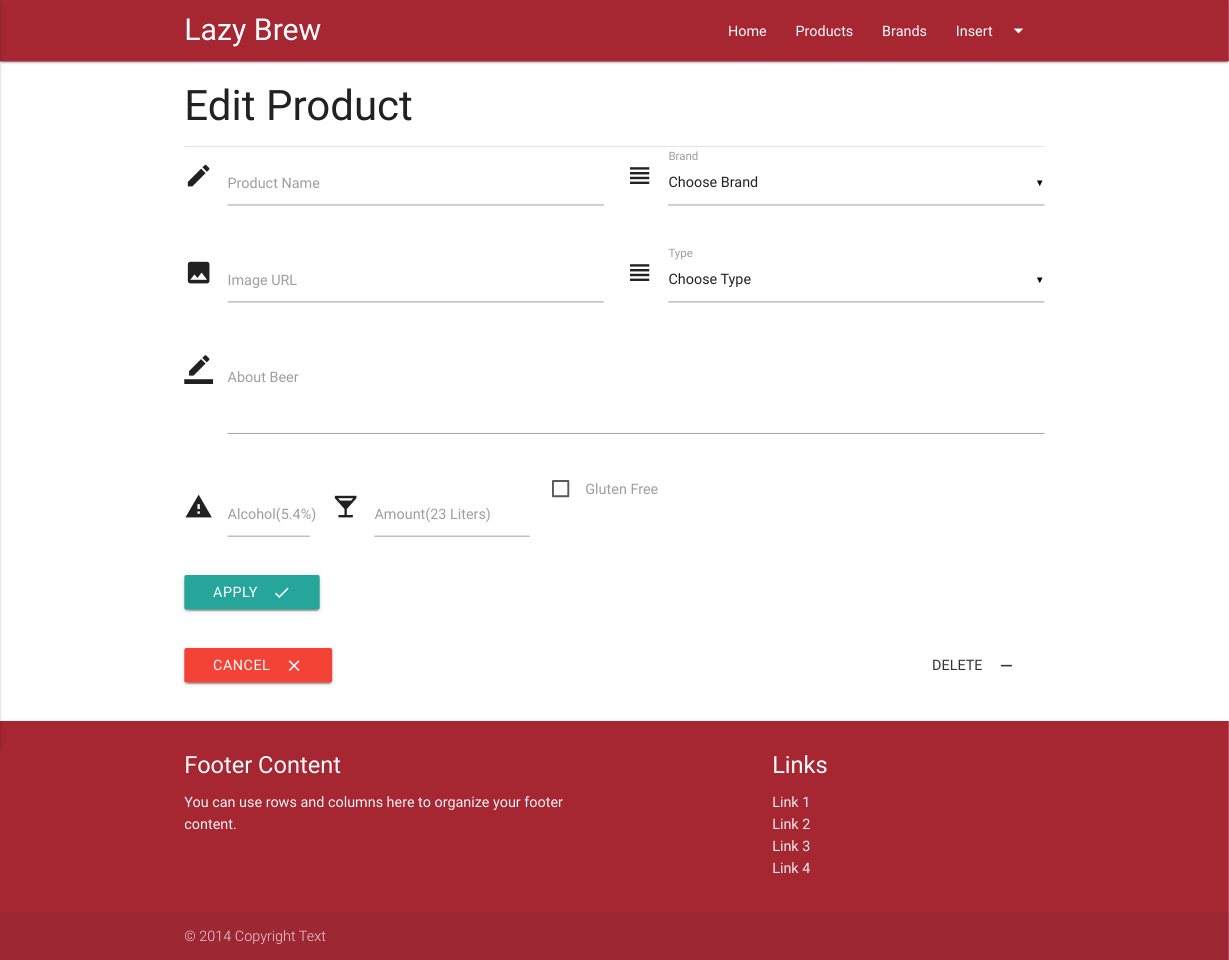
Repository: Leon2ev/lazy-brew
Page: templates/editproduct.html
The author's editor kept a record of every edit. The page is drawn from the files as they stood at one moment, then again after the next edit.
The browser window is 1280 px wide. The pictures show the whole page, at 96% of full size.
Some web libraries are served in a nearby version. The page is served by the project's application, run on Flask 3 (app.py). The template is opened directly, without the code that normally fills it, so the values that code supplies are empty.

Above is the page before.

After the next edit:
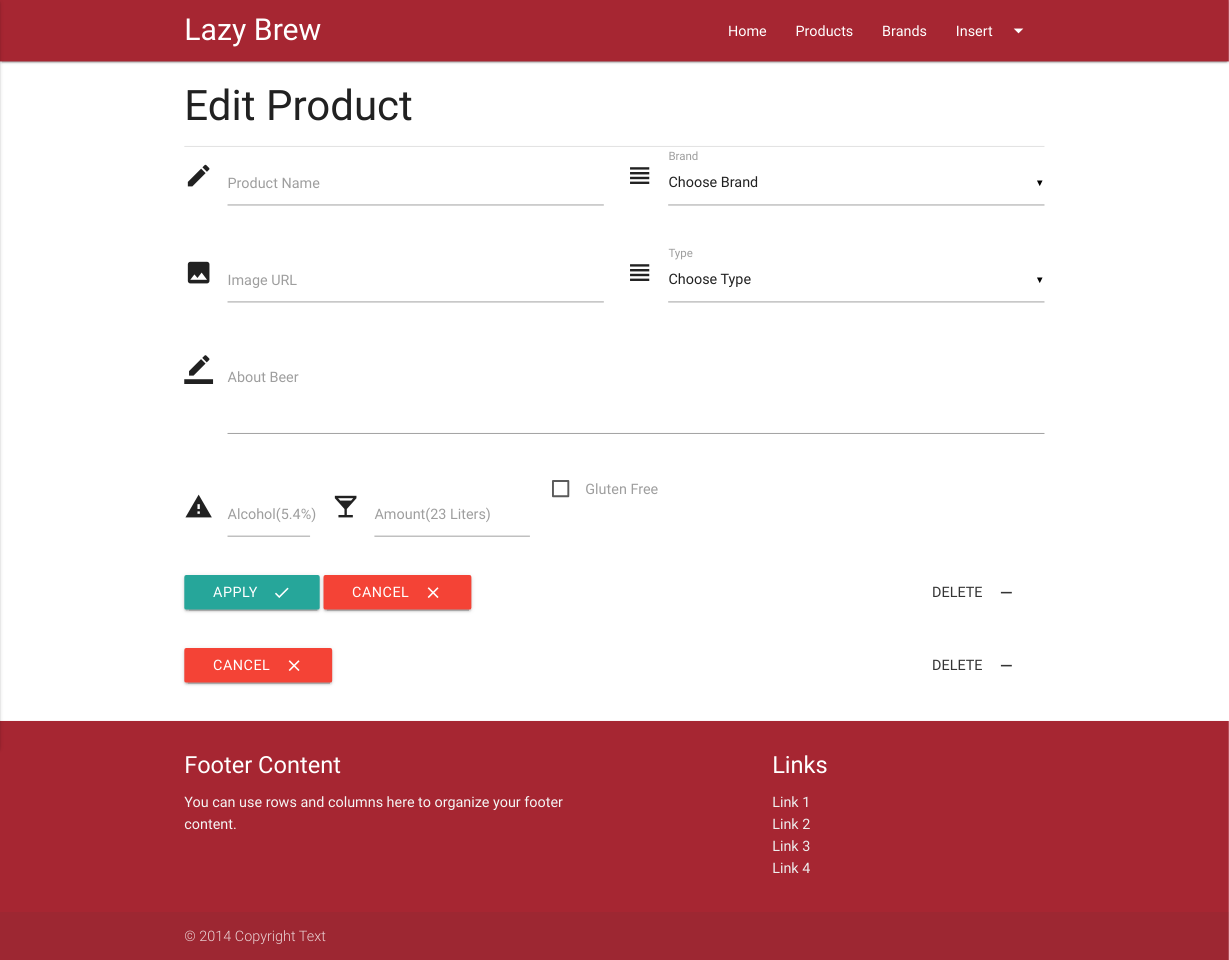
The edit:
--- a/templates/editproduct.html
+++ b/templates/editproduct.html
@@ -78,6 +78,12 @@
                     <button class="btn waves-effect waves-light" type="submit">Apply
                         <i class="material-icons right">check</i>
                     </button>
+                    <a class="waves-effect waves-light btn modal-trigger red" href="#modal1">Cancel
+                        <i class="material-icons right">clear</i>
+                    </a>
+                    <a class="waves-effect waves-light btn-flat right modal-trigger delete-btn" href="#modal2">Delete
+                        <i class="material-icons right">remove</i>
+                    </a>
                 </div>
             </div>
         </form>
